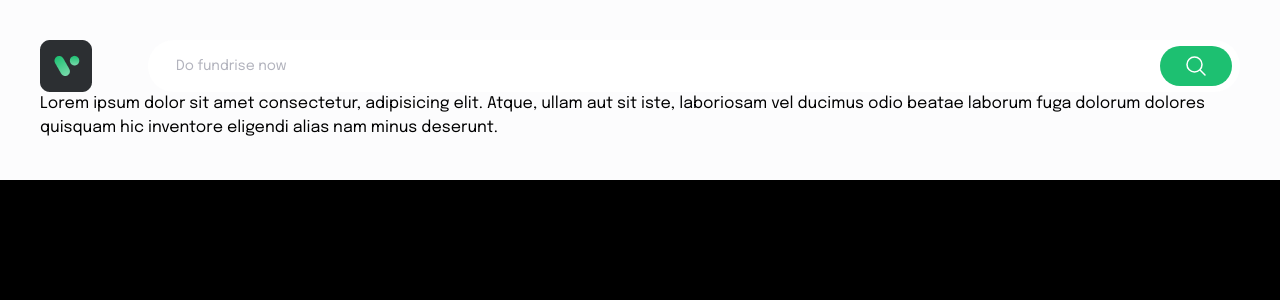
Repository: Kaymileee/crownFunding-Project
Page: /
An editor plug-in stored every save of this project. The page is shown before and after the next save, followed by the edit.
The browser window is 1280 px wide. The pictures show the whole page.
The project was rebuilt for these pictures with package versions that can differ from the ones it lists, and the page was loaded fresh each time. Imported but missing from the stored project, and not drawn on this page: src/components/common/FormGroup, src/components/input/Input.

Above is the page before, as saved 2023-02-03 17:41:47.

After the next save:
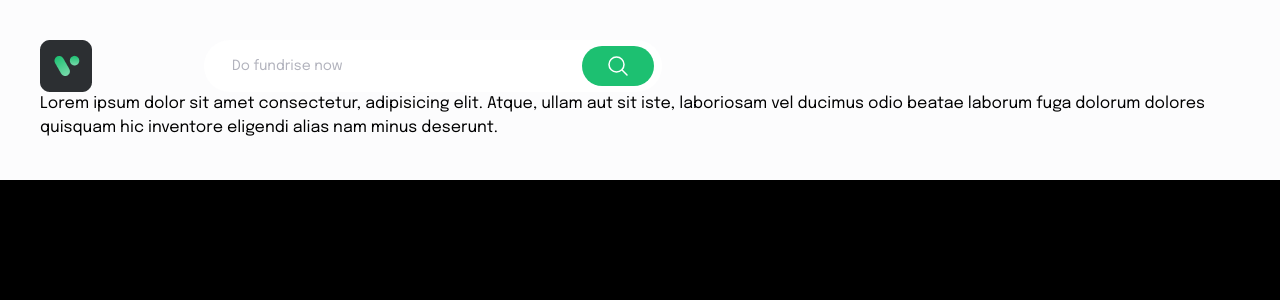
Saved 2 s later.
--- a/src/module/dashboard/DashboardTopBar.js
+++ b/src/module/dashboard/DashboardTopBar.js
@@ -5,7 +5,9 @@ const DashboardTopBar = () => {
   return (
     <div className="flex items-center gap-x-14">
       <img src="./logo.png" alt="" />
-      <DashboardSearch></DashboardSearch>
+      <div className="ml-14 max-w-[458px] w-full">
+        <DashboardSearch></DashboardSearch>
+      </div>
     </div>
   );
 };
